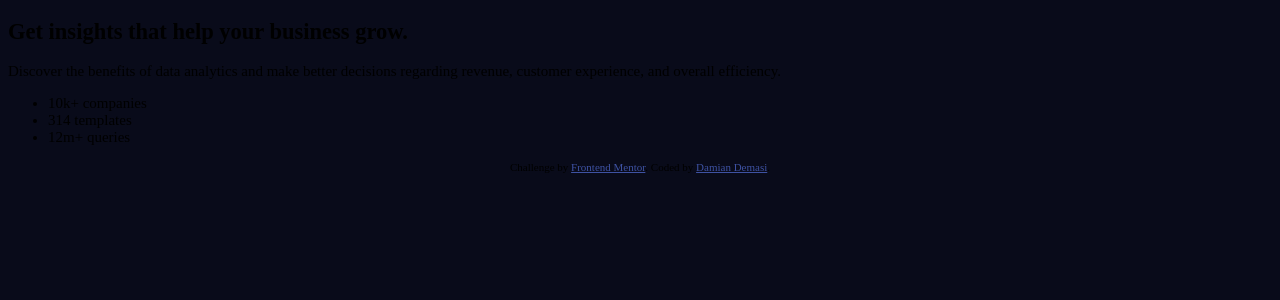
Repository: Colo-Codes/stats-preview-card-component-main
Page: index.html
The author's editor kept a copy of each file at every save. The page is drawn from the files as they stood at one save, then again after the next save.
The browser window is 1280 px wide. The pictures show the whole page.

Above is the page before, as saved 2021-05-10 08:42:35.

### index.html
<!DOCTYPE html>
<html lang="en">

<head>
  <meta charset="UTF-8">
  <meta name="viewport" content="width=device-width, initial-scale=1.0">
  <!-- displays site properly based on user's device -->

  <link rel="icon" type="image/png" sizes="32x32" href="./images/favicon-32x32.png">
  <link rel="preconnect" href="https://fonts.gstatic.com">
  <link href="https://fonts.googleapis.com/css2?family=Inter:wght@400;700&family=Lexend+Deca&display=swap" rel="stylesheet">
  <title>Frontend Mentor | Stats preview card component</title>
  <!--
  font-family: 'Inter', sans-serif;
  font-family: 'Lexend Deca', sans-serif;
  -->

  <!-- Feel free to remove these styles or customise in your own stylesheet 👍 -->
  <style>
    :root {
      --white-font: hsl(0, 0%, 100%);
      --white-font-transparent-main: hsla(0, 0%, 100%, 0.75);
      --white-font-transparent-stat: hsla(0, 0%, 100%, 0.6);
      --blue-background: hsl(233, 47%, 7%);
      --blue-desaturated: hsl(244, 38%, 16%);
      --violet-soft: hsl(244, 38%, 16%);
    }

    body {
      font-size: 15px;
      background-color: var(--blue-background, blue);
    }

    .attribution {
      font-size: 11px;
      text-align: center;
    }

    .attribution a {
      color: hsl(228, 45%, 44%);
    }
  </style>
</head>

<body>
  <article>
    <header>
      <h1>Get insights that help your business grow.</h1>
    </header>
    <p>Discover the benefits of data analytics and make better decisions regarding revenue, customer experience, and
      overall efficiency.</p>
    <footer>
      <ul>
        <li>10k+ companies</li>
        <li>314 templates</li>
        <li>12m+ queries</li>
      </ul>
    </footer>
  </article>

  <footer>
    <div class="attribution">
      Challenge by <a href="https://www.frontendmentor.io?ref=challenge" target="_blank">Frontend Mentor</a>.
      Coded by <a href="https://github.com/Darthcolo/stats-preview-card-component-main" target="_blank">Damian Demasi</a>.
    </div>
  </footer>
</body>

</html>

After the next save:
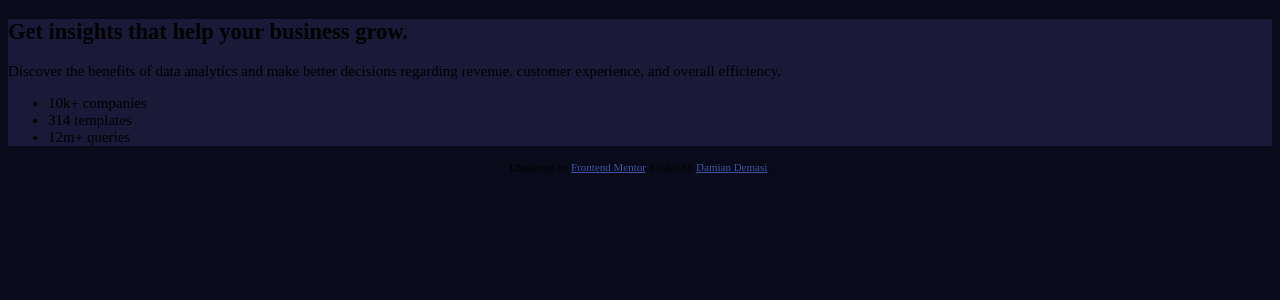
Saved 60 s later.
--- a/index.html
+++ b/index.html
@@ -28,7 +28,11 @@
 
     body {
       font-size: 15px;
-      background-color: var(--blue-background, blue);
+      background-color: var(--blue-background, hsl(233, 47%, 7%));
+    }
+
+    article {
+      background-color: var(--blue-desaturated, hsl(244, 38%, 16%));
     }
 
     .attribution {
